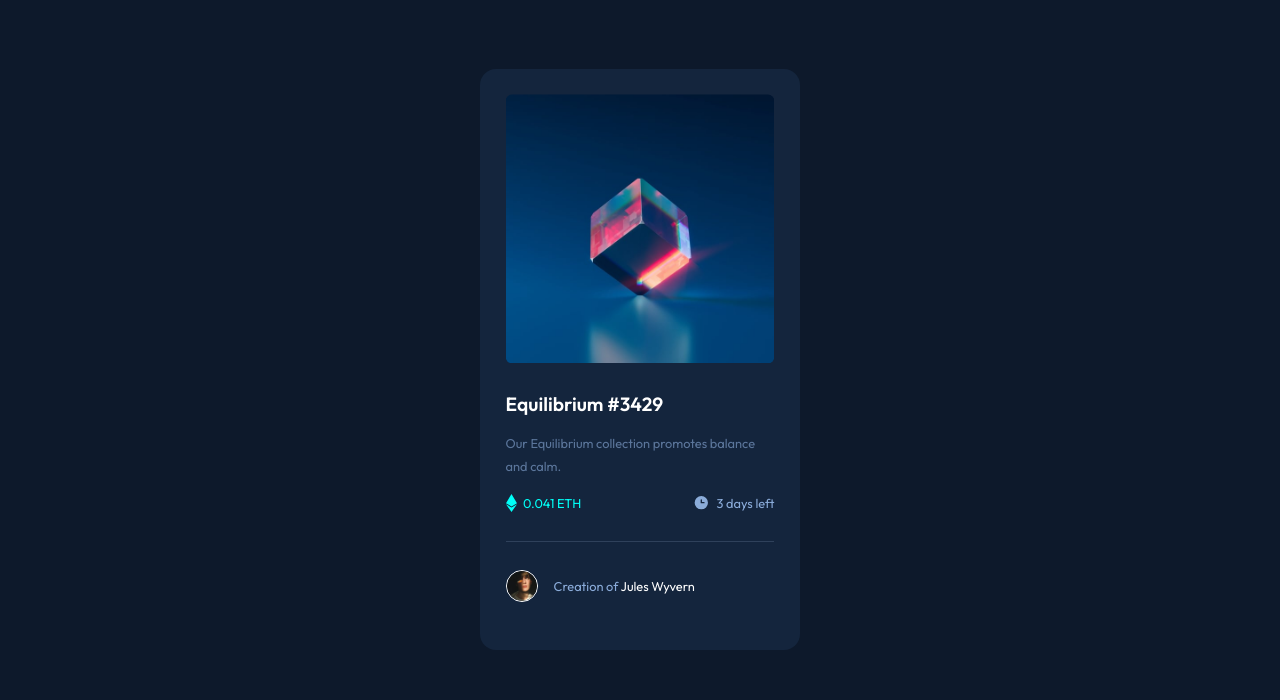
Repository: thaibaocoder1/nft-preview-card-component
Page: index.html
These files come from the project's save history. The page is drawn as it stood at one moment and after the next save; the edit follows.
The browser window is 1280 px wide. The pictures show the whole page.

Above is the page before, as saved 2023-01-06 19:02:55.

### index.html
<!DOCTYPE html>
<html lang="en">
<head>
  <meta charset="UTF-8">
  <meta name="viewport" content="width=device-width, initial-scale=1.0">
  <link rel="icon" type="image/png" sizes="32x32" href="./images/favicon-32x32.png">
  <title>Frontend Mentor | NFT preview card component</title>
  <link rel="stylesheet" href="./images/favicon-32x32.png">
  <link rel="stylesheet" href="./style.css">
  <style>
    .attribution { font-size: 11px; text-align: center; }
    .attribution a { color: hsl(228, 45%, 44%); }
  </style>
</head>
<body>
  <main class="container">
    <img src="./images/image-equilibrium.jpg" alt="Image" class="container-img">
    <div class="container-content">
      <h2 class="container-heading">Equilibrium #3429</h2>
      <p class="container-desc">Our Equilibrium collection promotes balance and calm.</p>
      <section class="container-date">
        <div class="container-date-right">
          <img src="./images/icon-ethereum.svg" alt="" class="container-date--image">
          <span class="container-date--text">
            0.041 ETH
          </span>
        </div>
        <div class="container-date-left">
          <img src="./images/icon-clock.svg" alt="" class="container-date--image">
          <span class="container-date--text">
            3 days left
          </span>
        </div>
      </section>
      <hr id="mark">
      <div class="container-footer">
        <img src="./images/image-avatar.png" alt="" class="container-date--image">
        <small class="container-date--footer">
          Creation of
          <span id="text-marker">Jules Wyvern</span>
        </small>
        </div>
      </div>
    </main>


  <!-- <div class="attribution">
    Challenge by <a href="https://www.frontendmentor.io?ref=challenge" target="_blank">Frontend Mentor</a>.
    Coded by <a href="#">baoDev</a>.
  </div> -->
</body>
</html>
<!-- Equilibrium #3429

Our Equilibrium collection promotes balance and calm.

0.041 ETH
3 days left

Creation of Jules Wyvern -->

### style.css
@import url('https://fonts.googleapis.com/css2?family=Outfit:wght@300;400;600&display=swap');
* {
    margin: 0;
    padding: 0;
    box-sizing: border-box;
}
body {
    text-rendering: optimizeLegibility;
    scroll-behavior: smooth;
    font-family: 'Outfit', sans-serif;
    display: flex;
    align-items: center;
    justify-content: center;
    min-height: calc(100vh - 1px);
    background-color: var(--very-dark-blue-main);
    font-size: 62.5%;
}
:root {
    --soft-blue: hsl(215, 51%, 70%);
    --cyan-color: hsl(178, 100%, 50%);
    --very-dark-blue-main: hsl(217, 54%, 11%);
    --very-dark-blue-card: hsl(216, 50%, 16%);
    --very-dark-blue-line: hsl(215, 32%, 27%);
    --white-color: hsl(0, 0%, 100%);
}
.container {
    width: 320px;
    background-color: var(--very-dark-blue-card);
    text-align: center;
    border-radius: 1rem;
    box-shadow: 1rem 1rem 1rem 0 var();
}
.container .container-img {
    width: 20rem;
    height: 20rem;
    object-fit: cover;
    cursor: pointer;
    border-radius: 2rem;
    overflow: hidden;
    padding: 1.6rem;
}
.container .container-content {
    padding: 0 1.6rem 3rem 1.6rem;
    text-align: left;
}
.container .container-content .container-heading {
    color: var(--white-color);
    font-size: 1.2rem;
    padding-bottom: 1rem;
}
.container .container-content .container-desc {
    color: var(--soft-blue);
    font-size: 0.8rem;
    font-weight: 400;
    opacity: 0.6;
    line-height: 1.8;
}
.container .container-date {
    display: flex;
    align-items: center;
    padding: 1rem 0 1.8rem;
}
.container-date .container-date-right, .container .container-date-left {
    display: flex;
    align-items: center;
    justify-content: center;
}
.container .container-date .container-date-left {
    margin-left: auto;
}
.container .container-date--text {
    color: var(--cyan-color);
    font-size: 0.8rem;
    line-height: 1rem;
    text-align: center;
    margin-left: 0.4rem;
}
.container .container-date-left .container-date--text {
    color: var(--soft-blue);
}
#mark {
    border: none;
    width: 100%;
    height: 1px;
    background-color: var(--very-dark-blue-line);
}
.container .container-footer {
    padding-top: 1.8rem;
    display: flex;
    align-items: center;
}
.container .container-footer .container-date--image {
    width: 2rem;
    height: 2rem;
    border-radius: 50%;
    border: 1px solid var(--white-color);
}
.container .container-footer .container-date--footer {
    margin-left: 1rem;
    font-size: 0.8rem;
    color: var(--soft-blue);
}
.container .container-footer #text-marker {
    color: #fff;
}

After the next save:
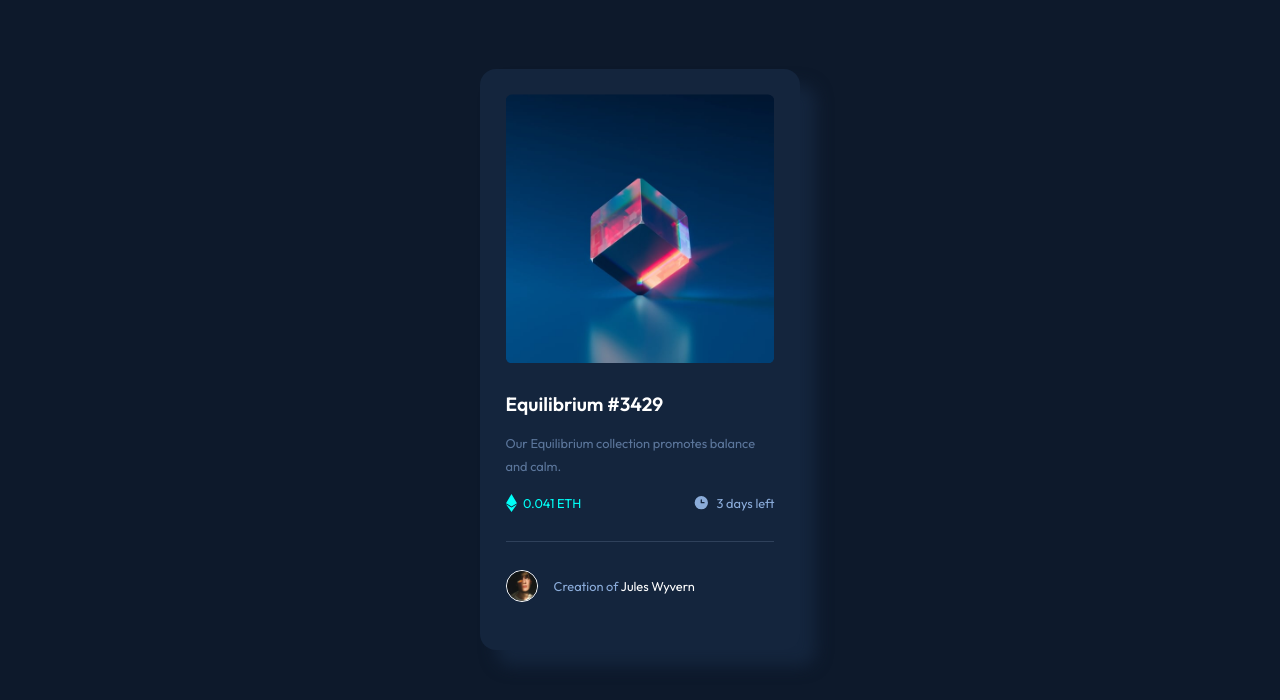
Saved 4 s later.
--- a/style.css
+++ b/style.css
@@ -28,7 +28,7 @@ body {
     background-color: var(--very-dark-blue-card);
     text-align: center;
     border-radius: 1rem;
-    box-shadow: 1rem 1rem 1rem 0 var();
+    box-shadow: 1rem 1rem 1rem 0 var(--very-dark-blue-card);
 }
 .container .container-img {
     width: 20rem;
